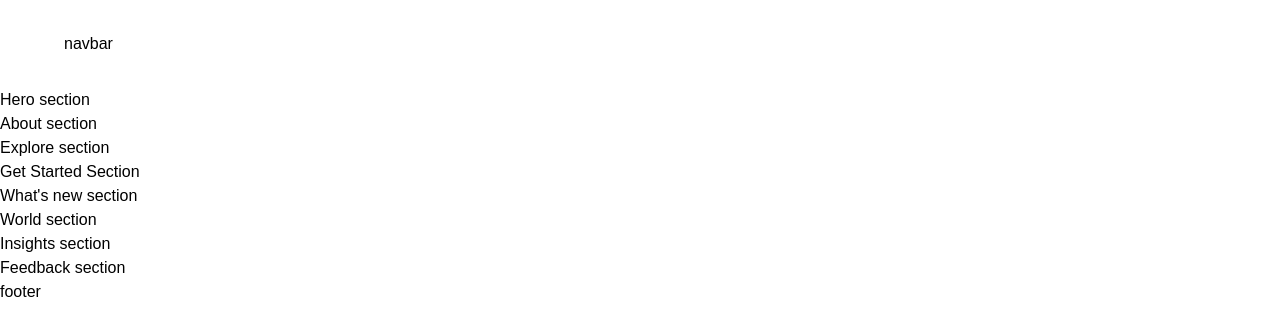
Repository: Gopal-Gurram/Metaverse-Madness
Page: /
These files come from the project's save history. The page is drawn as it stood at one moment and after the next save; the edit follows.
The browser window is 1280 px wide. The pictures show the whole page.
Some web fonts or font styles are not loaded; a fallback is used. The project was rebuilt for these pictures with package versions that can differ from the ones it lists, and the page was loaded fresh each time. The framework's server and built-in components were replaced by stand-ins that run in the browser. Also part of the build but not shown: next.config.js, components/CustomTexts.jsx, components/ExploreCard.jsx, components/StartSteps.jsx, components/NewFeatures.jsx, components/InsightCard.jsx.

Above is the page before, as saved 2022-11-28 22:04:57.

### components/Navbar.jsx
'use client';

import { motion } from 'framer-motion';
import styles from '../styles';
import { navVariants } from '../utils/motion';

const Navbar = () => (
  <motion.nav
    variants={navVariants}
    initial="hidden"
    whileInView="show"
    className={`${styles.xPaddings} py-8 relative`}
  >
    navbar
  </motion.nav>
);

export default Navbar;

### styles/index.js
const styles = {
  innerWidth: '2xl:max-w-[1280px] w-full',
  interWidth: 'lg:w-[80%] w-[100%]',

  paddings: 'sm:p-16 xs:p-8 px-6 py-12',
  yPaddings: 'sm:py-16 xs:py-8 py-12',
  xPaddings: 'sm:px-16 px-6',
  topPaddings: 'sm:pt-16 xs:pt-8 pt-12',
  bottomPaddings: 'sm:pb-16 xs:pb-8 pb-12',

  flexCenter: 'flex justify-center items-center',
  flexStart: 'flex justify-start items-start',
  flexEnd: 'flex justify-end',
  navPadding: 'pt-[98px]',

  // hero section
  heroHeading:
      'font-bold lg:text-[144px] md:text-[100px] sm:text-[60px] text-[44px] lg:leading-[158.4px] md:leading-[114.4px] sm:leading-[74.4px] leading-[64.4px] uppercase text-white',
  heroDText:
      'md:w-[212px] sm:w-[80px] w-[60px] md:h-[108px] sm:h-[48px] h-[38px] md:border-[18px] border-[9px] rounded-r-[50px] border-white sm:mx-2 mx-[6px]',
};

export default styles;

### utils/motion.js
export const navVariants = {
  hidden: {
    opacity: 0,
    y: -50,
    transition: {
      type: 'spring',
      stiffness: 300,
      damping: 140,
    },
  },
  show: {
    opacity: 1,
    y: 0,
    transition: {
      type: 'spring',
      stiffness: 80,
      delay: 1,
    },
  },
};

export const slideIn = (direction, type, delay, duration) => ({
  hidden: {
    x: direction === 'left' ? '-100%' : direction === 'right' ? '100%' : 0,
    y: direction === 'up' ? '100%' : direction === 'down' ? '100%' : 0,
  },
  show: {
    x: 0,
    y: 0,
    transition: {
      type,
      delay,
      duration,
      ease: 'easeOut',
    },
  },
});

export const staggerContainer = (staggerChildren, delayChildren) => ({
  hidden: {},
  show: {
    transition: {
      staggerChildren,
      delayChildren,
    },
  },
});

export const textVariant = (delay) => ({
  hidden: {
    y: 50,
    opacity: 0,
  },
  show: {
    y: 0,
    opacity: 1,
    transition: {
      type: 'spring',
      duration: 1.25,
      delay,
    },
  },
});

export const textContainer = {
  hidden: {
    opacity: 0,
  },
  show: (i = 1) => ({
    opacity: 1,
    transition: { staggerChildren: 0.1, delayChildren: i * 0.1 },
  }),
};

export const textVariant2 = {
  hidden: {
    opacity: 0,
    y: 20,
  },
  show: {
    opacity: 1,
    y: 0,
    transition: {
      type: 'tween',
      ease: 'easeIn',
    },
  },
};

export const fadeIn = (direction, type, delay, duration) => ({
  hidden: {
    x: direction === 'left' ? 100 : direction === 'right' ? -100 : 0,
    y: direction === 'up' ? 100 : direction === 'down' ? -100 : 0,
    opacity: 0,
  },
  show: {
    x: 0,
    y: 0,
    opacity: 1,
    transition: {
      type,
      delay,
      duration,
      ease: 'easeOut',
    },
  },
});

export const planetVariants = (direction) => ({
  hidden: {
    x: direction === 'left' ? '-100%' : '100%',
    rotate: 120,
  },
  show: {
    x: 0,
    rotate: 0,
    transition: {
      type: 'spring',
      duration: 1.8,
      delay: 0.5,
    },
  },
});

export const zoomIn = (delay, duration) => ({
  hidden: {
    scale: 0,
    opacity: 0,
  },
  show: {
    scale: 1,
    opacity: 1,
    transition: {
      type: 'tween',
      delay,
      duration,
      ease: 'easeOut',
    },
  },
});

export const footerVariants = {
  hidden: {
    opacity: 0,
    y: 50,
    transition: {
      type: 'spring',
      stiffness: 300,
      damping: 140,
    },
  },
  show: {
    opacity: 1,
    y: 0,
    transition: {
      type: 'spring',
      stiffness: 80,
      delay: 0.5,
    },
  },
};

Loaded but not shown: app/layout.js (common file); app/page.js (common file); styles/globals.css (common file); components/index.js (common file); sections/index.js (common file); components/Footer.jsx (common file); sections/Hero.jsx (common file); sections/About.jsx (common file); sections/Explore.jsx (common file); sections/GetStarted.jsx (common file); sections/WhatsNew.jsx (common file); sections/World.jsx (common file); sections/Insights.jsx (common file); sections/Feedback.jsx (common file); tailwind.config.js (common file)

After the next save:
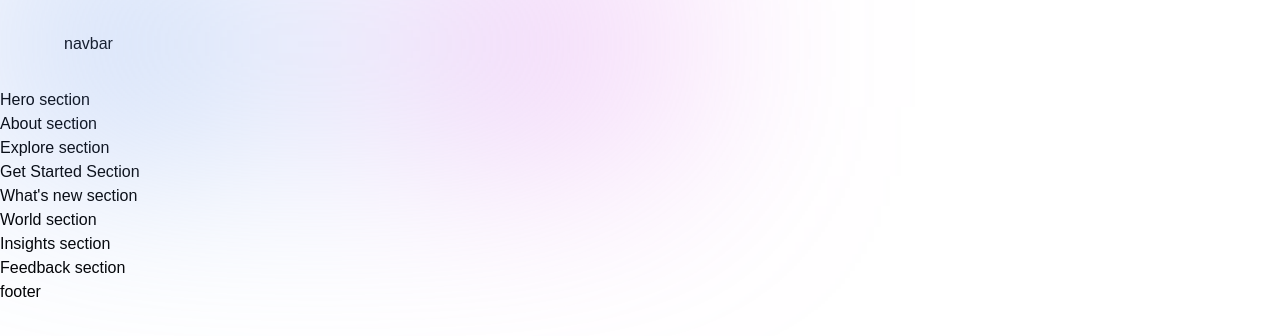
Saved 3 min 36 s later.
--- a/components/Navbar.jsx
+++ b/components/Navbar.jsx
@@ -11,6 +11,7 @@
     whileInView="show"
     className={`${styles.xPaddings} py-8 relative`}
   >
+    <div  className='absolute w-[50%] inset-0 gradient-01'/>
     navbar
   </motion.nav>
 );
